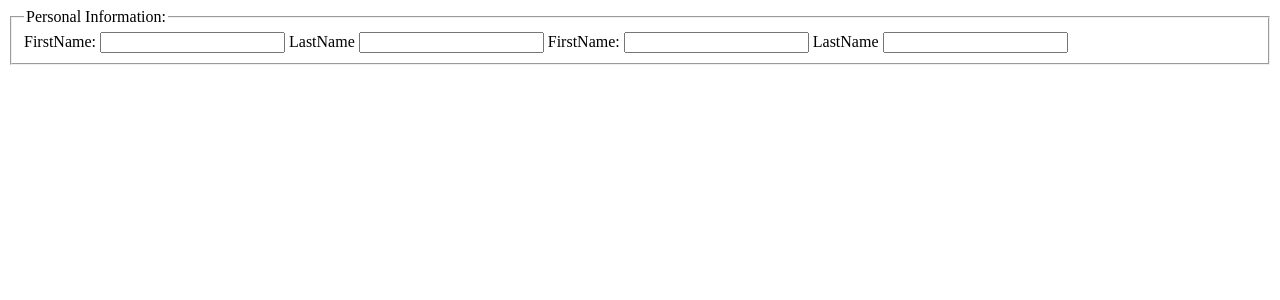
Repository: Femi007-gh/Legend
Page: index.html
An editor plug-in stored every save of this project. The page is shown before and after a run of saves, followed by the edit.
The browser window is 1280 px wide. The pictures show the whole page.

Above is the page before, as saved 2025-04-04 10:09:35.

### index.html
<html>
  <head>
    <title>LEGEND</title>
  </head>
  <body>
    <form>
      <fieldset>
        <legend>Personal Information:</legend>
        <label>FirstName:</label>
        <input type="text" class="FN">

        <label>LastName</label>
        <input type="text" class="LN">

        <label>FirstName:</label>
        <input type="text" class="FN">

        <label>LastName</label>
        <input type="text" class="LN">
      </fieldset>
    </form>
  </body>
</html>

After the next 2 saves:
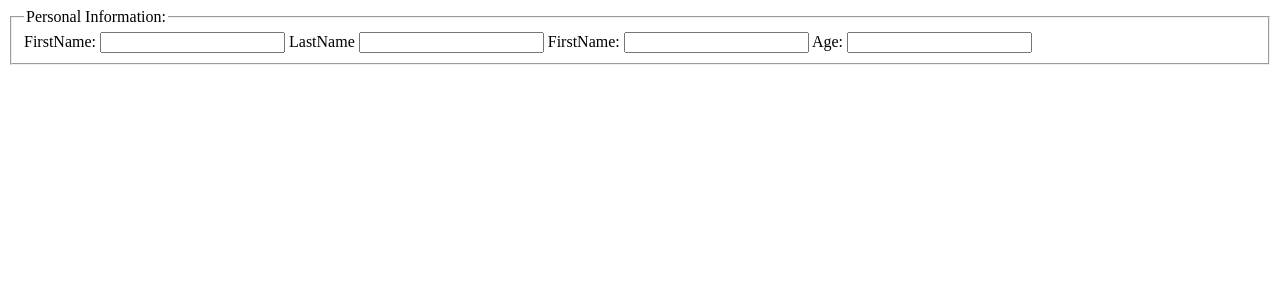
The 2 saves are shown as one change because they came seconds apart.
The last was saved 19 s later.
--- a/index.html
+++ b/index.html
@@ -15,7 +15,7 @@
         <label>FirstName:</label>
         <input type="text" class="FN">
 
-        <label>LastName</label>
+        <label>Age:</label>
         <input type="text" class="LN">
       </fieldset>
     </form>
